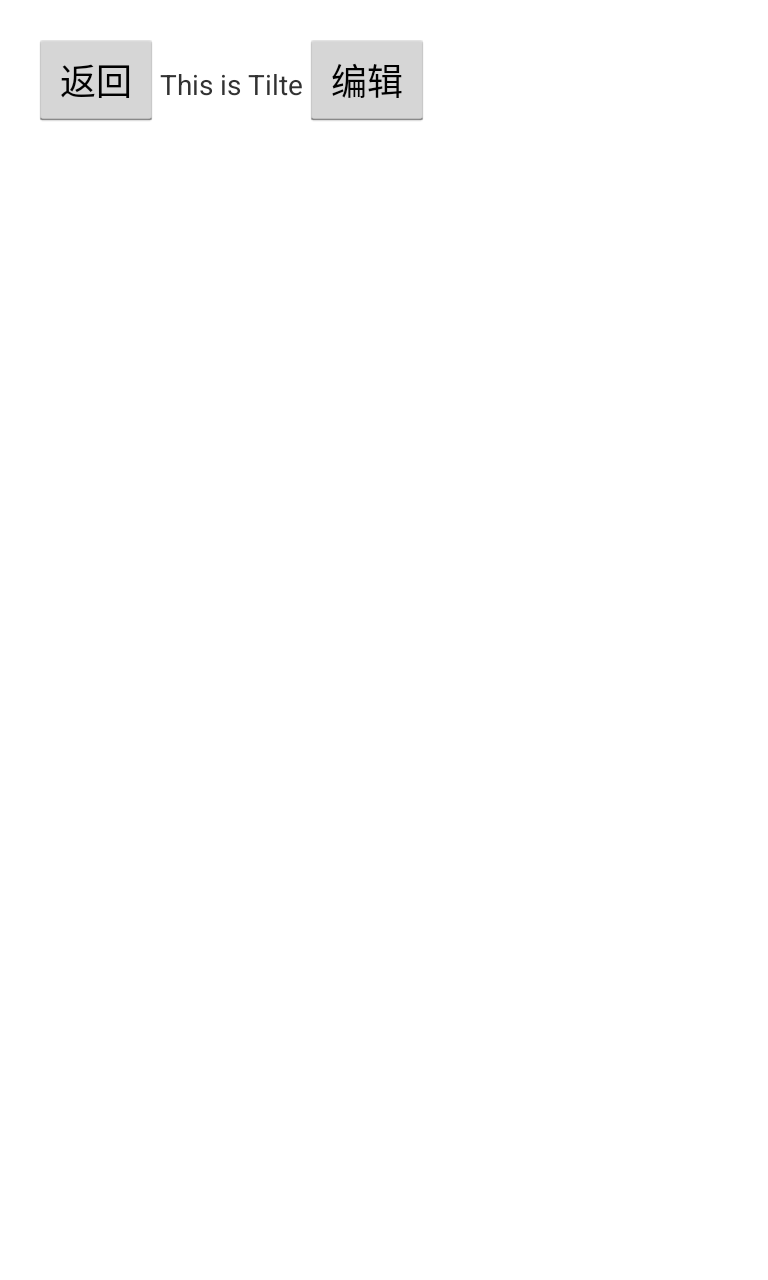
Repository: jinpp/Android
Layout: UICustomViews/res/layout/activity_main.xml
An editor plug-in stored every save of this project. The layout is shown before and after the next save, followed by the edit.
It is drawn on a 768 x 1280 px phone screen (xhdpi) without system bars, with theme AppTheme; the app's code is not run.

Above is the layout before, as saved 2016-11-17 02:31:09.

After the next save:
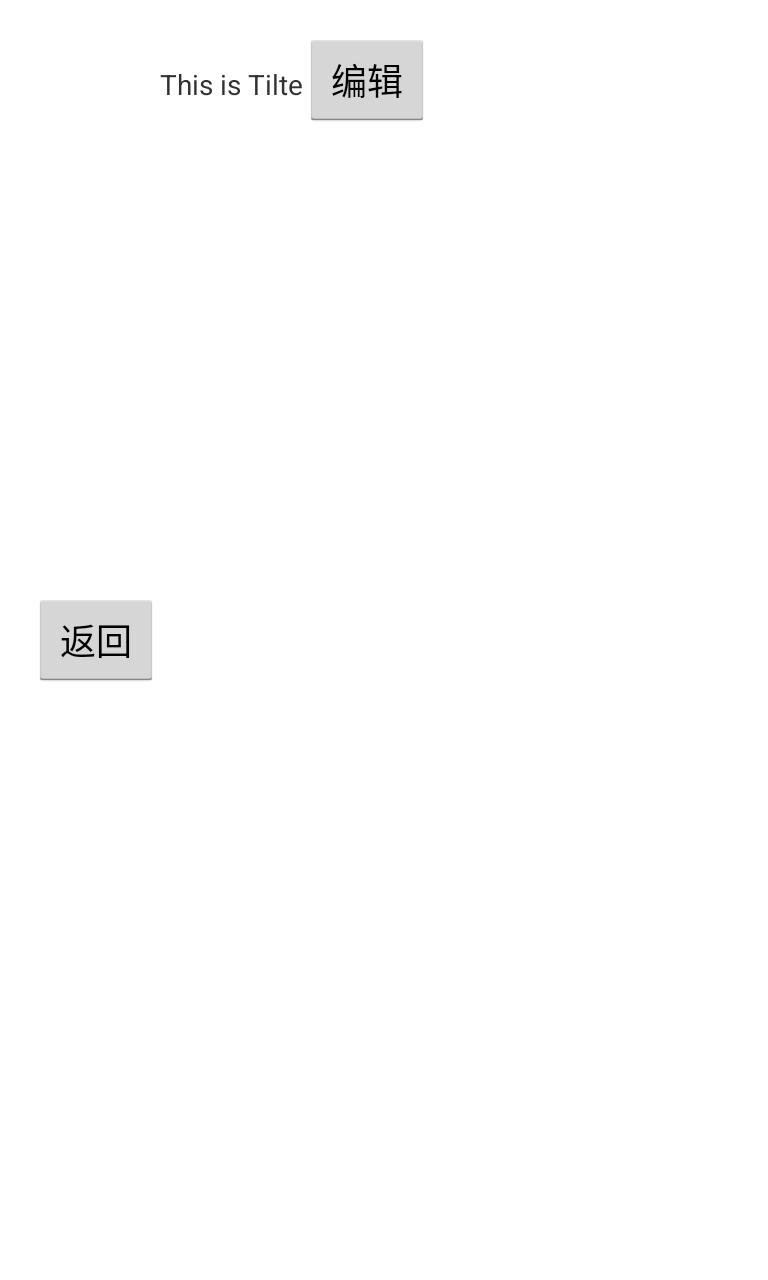
Saved 17 s later.
--- a/UICustomViews/res/layout/activity_main.xml
+++ b/UICustomViews/res/layout/activity_main.xml
@@ -12,7 +12,7 @@
         android:id="@+id/rbutton"
         android:layout_width="wrap_content"
         android:layout_height="wrap_content"
-        android:layout_gravity="center_horizontal"
+        android:layout_gravity="center"
         android:text="返回" />
 
     <TextView
